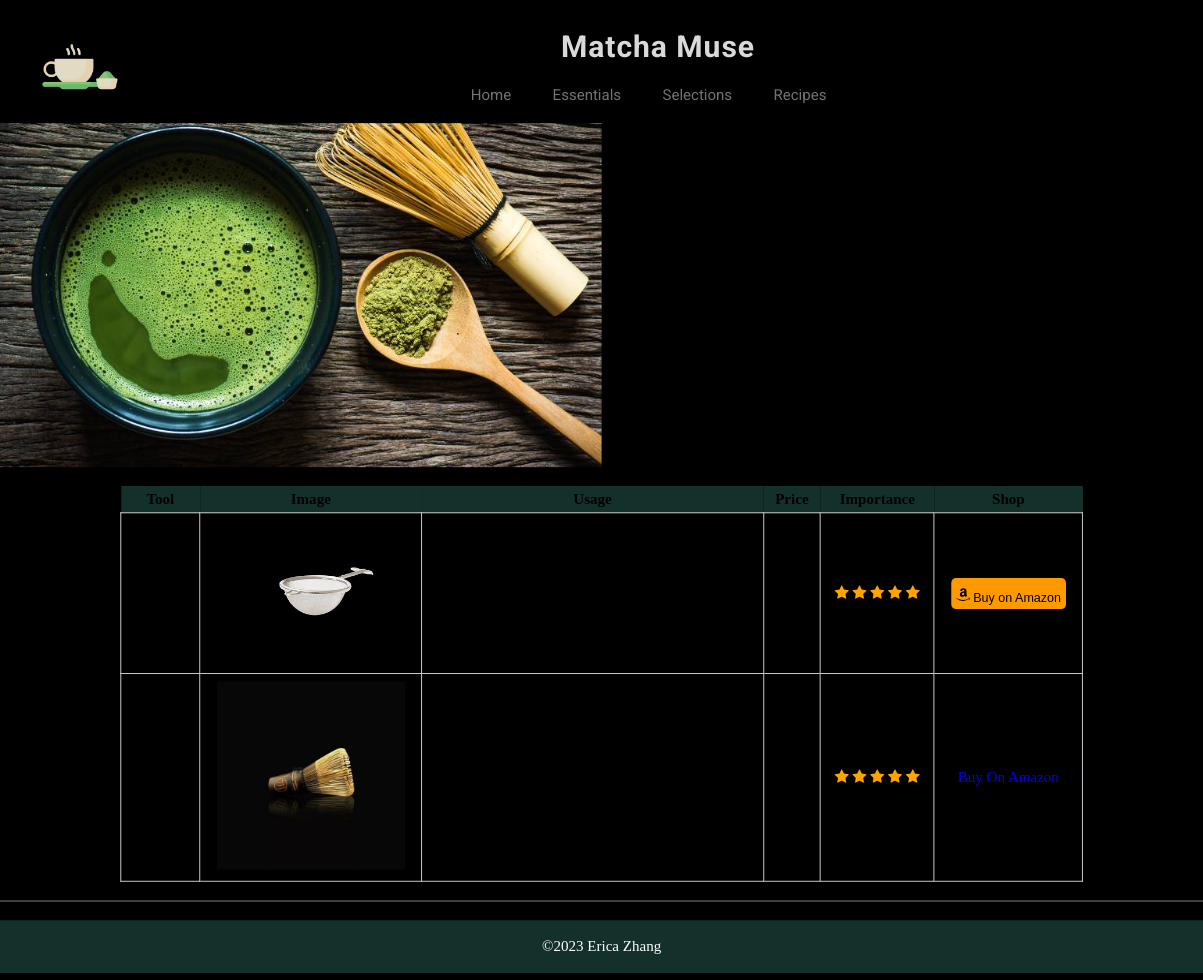
Repository: ericazz17/matchawebsite
Page: essentials.html
An editor plug-in stored every save of this project. The page is shown before and after the next save, followed by the edit.
The browser window is 1280 px wide. The pictures show the whole page, at 94% of full size.

Above is the page before, as saved 2023-09-26 04:57:51.

### essentials.html
<!DOCTYPE html>
<html>
<head>
    <title>Matcha Muse</title>
    <link rel="stylesheet" type="text/css" href="essentials.css">
    <link rel="preconnect" href="https://fonts.googleapis.com">
    <link rel="preconnect" href="https://fonts.gstatic.com" crossorigin>
    <link href="https://fonts.googleapis.com/css2?family=Roboto:wght@400;700&display=swap" rel="stylesheet">
    <link rel="stylesheet" href="https://cdnjs.cloudflare.com/ajax/libs/font-awesome/4.7.0/css/font-awesome.min.css">
</head>

<body>
    <header class="header">

        <div class="header-container">
            <div id="icon-container">
                <img class="header-icon" src="images/header-icon.png">
            </div>
            <div id="header-name">
                <h1>Matcha Muse</h1>
            </div>
        </div>

        <nav class="topbar">
            <div class="topbardiv">
                <a class="button" href="main.html">Home</a>
                <a class="button" href="essentials.html">Essentials</a>
                <a class="button" href="selections.html">Selections</a>
                <a class="button" href="recipes.html">Recipes</a>
            </div>
        </nav>
    </header>

    <div class="topsection">
        <div class="topsection-img">
            <img class="matcha-tools" src="images/matcha-tea.jpeg">
        </div>
        <div class="topsection-text">
            <h2 class="toph2">Journey to the Perfect Matcha</h2>
            <h3>Learn about the tools you need for that beautiful green hue and foamy froth of the matcha latte!</h3>
        </div>
    </div>

    <!-- table  -->

    <div class="table-container">
        <table class="info-table">
            <!-- row 1 -->
          <tr>
            <th class="col1">Tool</th>
            <th class="col2">Image</th>
            <th class="col3">Usage</th>
            <th class="col4">Price</th>
            <th class="col5">Importance</th>
            <th class="col6">Shop</th>
          </tr>
          <tr class="row1">
            <td>Sifter</td>
            <td>
                <img class="sifter-image" src="images/sifter2.jpeg" alt="Sifter"></td>
            <td class="r1c3">
                Sifter ensures a smooth and clump-free consistency by breaking up any powder lumps, resulting in a more enjoyable and visually appealing matcha drink.</td>
            <td>
                $7
            </td>
            <td>
                <span class="fa fa-star checked"></span>
                <span class="fa fa-star checked"></span>
                <span class="fa fa-star checked"></span>
                <span class="fa fa-star checked"></span>
                <span class="fa fa-star checked"></span>
            </td>
            <td>

                <button class="buy-now-button">
                    <img class="amazon-icon" src="images/amazon-logo.svg" alt="amazon-icon">
                    <span class="amazon-text"> Buy on Amazon</span>
                </button>
                <!-- <div class="buy-now-container">
                    <a href="https://www.amazon.com/Jade-Leaf-Matcha-Eliminate-Stainless/dp/B092QMWCKK/ref=sr_1_1_sspa?crid=17NF4YJBBYBSW&keywords=matcha+sifter&qid=1695332046&sprefix=matcha+sift%2Caps%2C160&sr=8-1-spons&sp_csd=d2lkZ2V0TmFtZT1zcF9hdGY&psc=1" target="_blank" class="buy-now-button">Buy On Amazon</a>
                </div> -->
            </td>
          </tr>
          <!-- row 2 -->
          <tr class="row1">
            <td>Whisk (Chasen)</td>
            <td>
                <img class="chasen-image" src="images/chasen.jpg" alt="Chasen"></td>
            <td class="r1c3">
                Sifter ensures a smooth and clump-free consistency by breaking up any powder lumps, resulting in a more enjoyable and visually appealing matcha drink.</td>
            <td>
                $7
            </td>
            <td>
                <span class="fa fa-star checked"></span>
                <span class="fa fa-star checked"></span>
                <span class="fa fa-star checked"></span>
                <span class="fa fa-star checked"></span>
                <span class="fa fa-star checked"></span>
            </td>
            <td>
                <div class="buy-now-container">
                    <a href="https://www.amazon.com/Jade-Leaf-Matcha-Eliminate-Stainless/dp/B092QMWCKK/ref=sr_1_1_sspa?crid=17NF4YJBBYBSW&keywords=matcha+sifter&qid=1695332046&sprefix=matcha+sift%2Caps%2C160&sr=8-1-spons&sp_csd=d2lkZ2V0TmFtZT1zcF9hdGY&psc=1" target="_blank" class="buy-now-button">Buy On Amazon</a>
                </div>
            </td>
          </tr>
        </table>
      </div>

    <hr class="separation-line">


</body>

<footer>
    <div class="footer">
        <p>&copy2023 Erica Zhang</p>
    </div>
</footer>

</html>

### essentials.css
body {
    background-color: black;
    width: 100%;
    margin-left: 0px;
    margin-right: 0px;
    margin-top: 0px;
    padding: 0px;
}

.header {
    position: sticky;
    top: 0;
    background-color: black;
    color: #f1f1f1;
    padding: 10px;
    opacity: 0.9;
  }

.header-container{
    max-width: 100%;
    width: 100%;
    text-align: center;
    margin-top: 0px;
    padding: 0px;

}

#header-name{
    text-align: center;
}

h1 {
    font-family: 'Roboto', sans-serif;
    font-size:px;
    letter-spacing: 1px;
}

h2 {
    font-family: 'Roboto', sans-serif;
    font-size:3vw;
    letter-spacing: 1px;
}

.b4h2 {
    white-space: nowrap;
}

h3 {
    font-family: sans-serif;
    font-size:1.5vw;
    letter-spacing: 1px;
    font-weight: 300;
}

#icon-container{
    width: 100px;
    float: left;
    vertical-align: top;
    padding-left: 20px;
}
.header-icon{
    display:flex;
    height:80px;
    margin-left: 15px;
    flex:1;
}
.topbar {

    height: 30px;
    text-align: center;
}
.button {
    color: gray;
    font-family: 'Roboto', sans-serif;
    padding: 10px;
    margin-right: 20px;

}

a {
    text-decoration: none;
}
.button:hover {
    color: white;
    border-color: rgb(61, 35, 13);
    border-width: 1px;
    border-style: solid;
    border-radius: 5px;
}

.button:active {
    color: white;
    border-color: rgb(61, 35, 13);
    border-width: 1px;
    border-style: solid;
    border-radius: 5px;
}

footer {
    background-color: rgb(19, 48, 43);
    color: white;
    padding: 3px;
    display: flex;
    justify-content: space-between;
    text-align:center;
}
.footer {
    text-align: center;
    left: 0;
    bottom: 0;
    width: 100%;
}

/*  */

.topsection {
    width: 100%;
    margin-left: auto;
    margin-right:auto;
    display: flex;
    justify-content: center;
    /* align-items: center; */
}

.topsection-text{
    display: block;
    width: 37%;
    float: left;
    padding-left:3%;
    padding-right: 10%;
    font-family: 'Roboto', sans-serif;
    padding-top: 3%;
    font-weight: 100;
}

.toph2 {
    white-space: nowrap;
}

.topsection-img {
    width: 50%;
    float: left;
    background-size: 100% 100%;
}

.topsection-img img {
    width: 100%;
    height: 100%;
    display:inline-block;
}

.separation-line {
    border: none;
    border-top: 1px solid gray;
    margin: 20px 0;
  }

  .checked {
    color: orange;
  }

  /* table styling */

  .table-container {
    display: flex;
    justify-content: center;
    width: 100%;
  }

  .info-table {
    border-collapse: collapse;
    width: 80%;
    margin-top: 20px;
  }

  .info-table th {
    text-align: center;
    background-color:  rgb(19, 48, 43);
    height: 18px;
    padding-top: 5px;
    padding-bottom: 5px;
}

.r1c3 {
  text-align: left;
}

  .r1c3 {
    text-align: left;
}

  .info-table td {
    border: 0.3px solid lightgray;
    padding: 8px;
  }

  .row1 {
    height: 10px;
    text-align: center;
  }

  .col1 {
    width: 5%;
  }

  .col2 {
    width: 10%;
  }

  .col2 img {
    width:50px;
    height: 50px;
  }
  .col3 {
    width: 30%;
  }

  .col4 {
    width: 5%;
  }

  .col5 {
    width: 10%;
  }

  .col6 {
    width: 13%

  }

  .sifter-image {
    height: 150px;
    width: auto;
    padding-left: 15%;
  }

  button.buy-now-button {
    background-color: #FF9900;
    padding: 5px 5px;
    text-decoration: none;
    color: black;
    border: none;
    text-align: center;
    display: inline-block;
    border-radius: 5px;
    vertical-align: center;
}

.buy-now-button:hover {
    opacity:0.7;
}

.chasen-image {
    width: 200px;
    height: auto;
}

.amazon-icon {
    padding-top: 5px;
    width: 15px;
}

.amazon-text {
    padding-bottom: 20px;
}

After the next save:
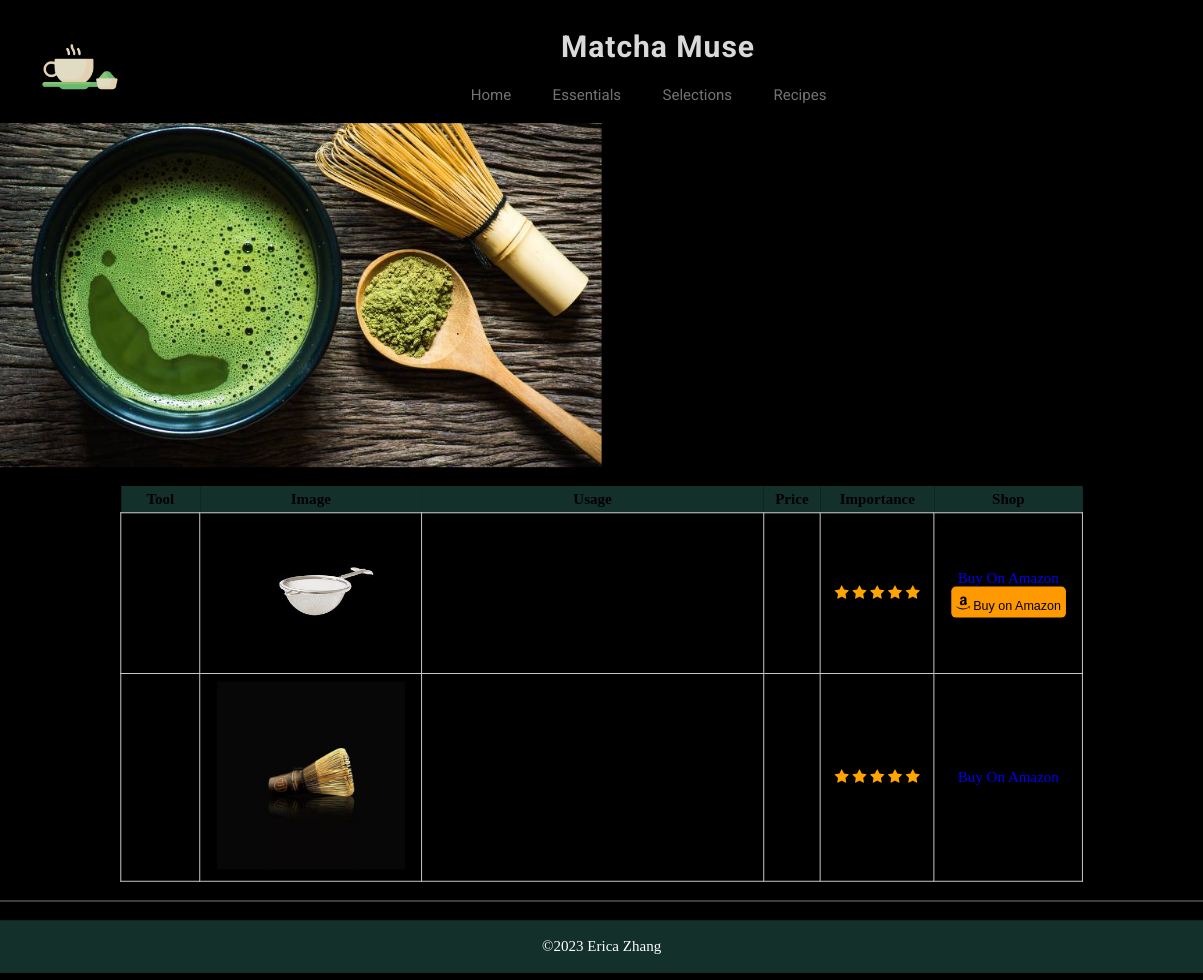
Saved 11 s later.
--- a/essentials.html
+++ b/essentials.html
@@ -71,6 +71,7 @@
                 <span class="fa fa-star checked"></span>
             </td>
             <td>
+                <a href="https://www.amazon.com/Jade-Leaf-Matcha-Eliminate-Stainless/dp/B092QMWCKK/ref=sr_1_1_sspa?crid=17NF4YJBBYBSW&keywords=matcha+sifter&qid=1695332046&sprefix=matcha+sift%2Caps%2C160&sr=8-1-spons&sp_csd=d2lkZ2V0TmFtZT1zcF9hdGY&psc=1" target="_blank" class="buy-now-button">Buy On Amazon</a>
 
                 <button class="buy-now-button">
                     <img class="amazon-icon" src="images/amazon-logo.svg" alt="amazon-icon">

After the 5 saves that followed:
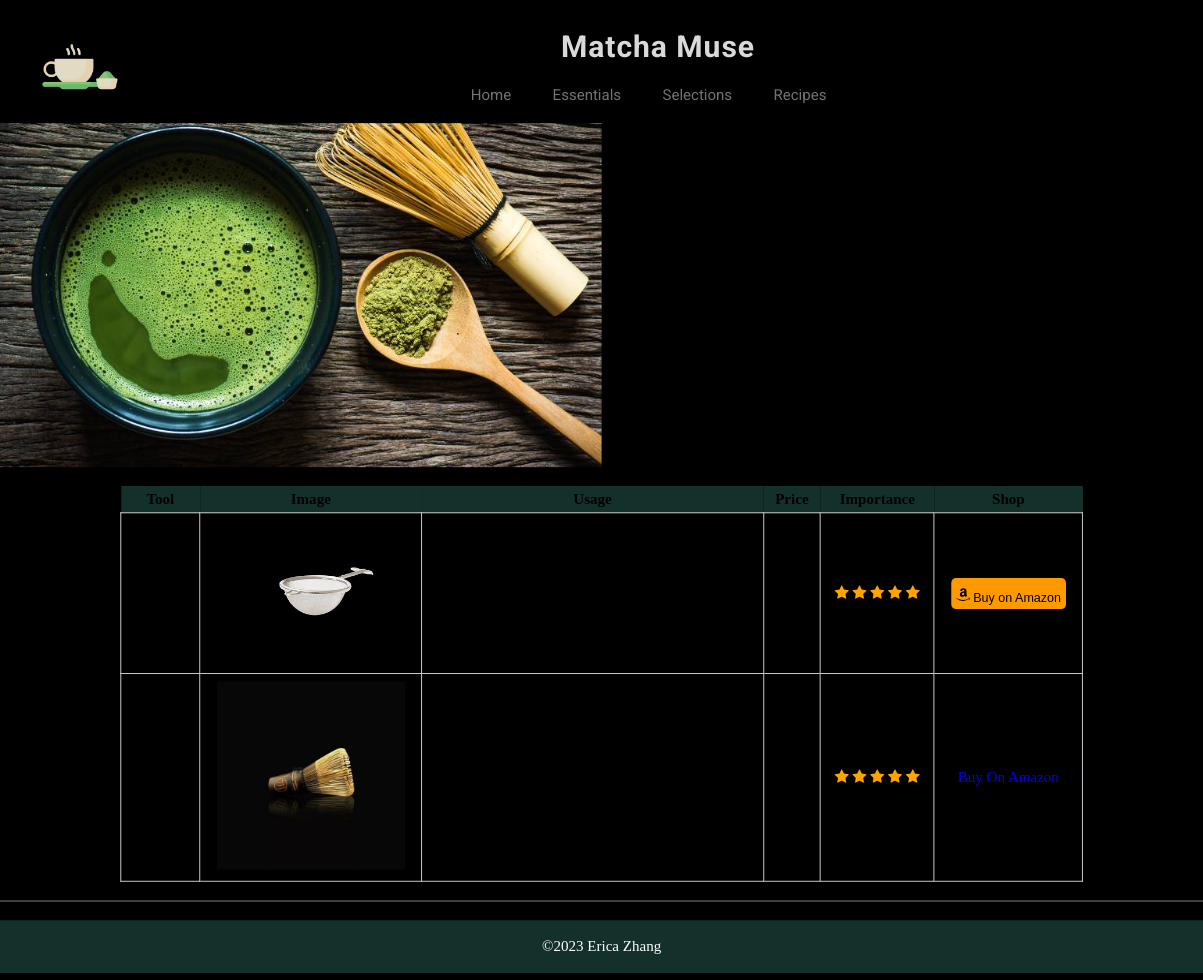
The 5 saves are shown as one change because 1 left the picture as it was and some came seconds apart.
The last was saved 41 s later.
--- a/essentials.html
+++ b/essentials.html
@@ -71,12 +71,14 @@
                 <span class="fa fa-star checked"></span>
             </td>
             <td>
-                <a href="https://www.amazon.com/Jade-Leaf-Matcha-Eliminate-Stainless/dp/B092QMWCKK/ref=sr_1_1_sspa?crid=17NF4YJBBYBSW&keywords=matcha+sifter&qid=1695332046&sprefix=matcha+sift%2Caps%2C160&sr=8-1-spons&sp_csd=d2lkZ2V0TmFtZT1zcF9hdGY&psc=1" target="_blank" class="buy-now-button">Buy On Amazon</a>
+                <a href="https://www.amazon.com/Jade-Leaf-Matcha-Eliminate-Stainless/dp/B092QMWCKK/ref=sr_1_1_sspa?crid=17NF4YJBBYBSW&keywords=matcha+sifter&qid=1695332046&sprefix=matcha+sift%2Caps%2C160&sr=8-1-spons&sp_csd=d2lkZ2V0TmFtZT1zcF9hdGY&psc=1" target="_blank" class="buy-now-button">
+                    <button class="buy-now-button">
+                        <img class="amazon-icon" src="images/amazon-logo.svg" alt="amazon-icon">
+                        <span class="amazon-text"> Buy on Amazon</span>
+                    </button>
+                </a>
 
-                <button class="buy-now-button">
-                    <img class="amazon-icon" src="images/amazon-logo.svg" alt="amazon-icon">
-                    <span class="amazon-text"> Buy on Amazon</span>
-                </button>
+
                 <!-- <div class="buy-now-container">
                     <a href="https://www.amazon.com/Jade-Leaf-Matcha-Eliminate-Stainless/dp/B092QMWCKK/ref=sr_1_1_sspa?crid=17NF4YJBBYBSW&keywords=matcha+sifter&qid=1695332046&sprefix=matcha+sift%2Caps%2C160&sr=8-1-spons&sp_csd=d2lkZ2V0TmFtZT1zcF9hdGY&psc=1" target="_blank" class="buy-now-button">Buy On Amazon</a>
                 </div> -->
